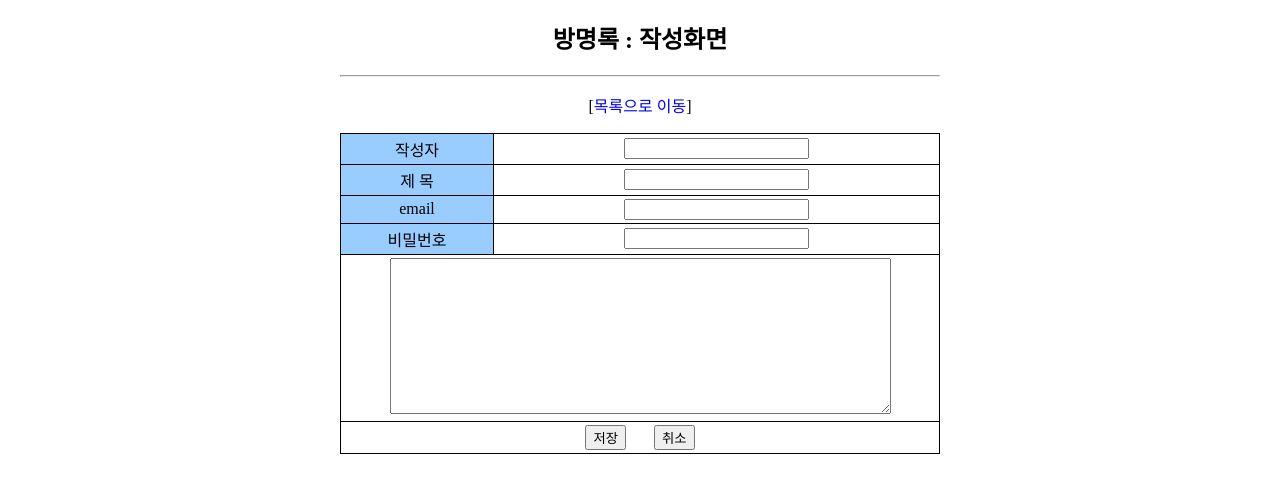
Repository: hagjun/jspstudy
Page: http://localhost/01_servlet/guestbook/account.jsp
An editor plug-in stored every save of this project. The page is shown before and after the next save, followed by the edit.
The browser window is 1280 px wide. The pictures show the whole page.
The page is served by Tomcat 9. Other server files are loaded and not shown.

Above is the page before, as saved 2024-03-08 03:45:09.

### 01_servlet/src/main/webapp/guestbook/account.jsp
<%@ page language="java" contentType="text/html; charset=UTF-8"
    pageEncoding="UTF-8"%>
<!DOCTYPE html>
<html>
<head>
<meta charset="UTF-8">
<title> 방 명 록 </title>
<script type="text/javascript">
	function save_go(f) {
		// 검사
		f.action = "/01_servlet/Guest";
		f.submit();
	}
</script>
<style type="text/css">
	a { text-decoration: none;}
	table{width: 600px; border-collapse:collapse; text-align: center;}
	table,th,td{border: 1px solid black; padding: 3px}
	div{width: 600px; margin:auto; text-align: center;}
</style>


</head>
<body>
	<div>
		<h2>방명록 : 작성화면</h2>
		<hr />
		<p>[<a href="/01_servlet/Guest?cmd=list">목록으로 이동</a>]</p>
		<form method="post">
			<table>
				<tr align="center">
					<td bgcolor="#99ccff">작성자</td>
					<td><input type="text" name="name" size ="20"/></td>
				</tr>
				<tr align="center">
					<td bgcolor="#99ccff">제  목</td>
					<td><input type="text" name="subject" size ="20"/></td>
				</tr>
				<tr align="center">
					<td bgcolor="#99ccff">email</td>
					<td><input type="text" name="email" size ="20"/></td>
				</tr>
				<tr align="center">
					<td bgcolor="#99ccff">비밀번호</td>
					<td><input type="password" name="pwd" size ="20"/></td>
				</tr>
				<tr align="center">
					<td colspan="2">
						<textarea rows="10" cols="60" name="content"></textarea>
					</td>
				</tr>
				<tfoot>
					<tr align="center">
						<td colspan="2">
							<input type="hidden" name="cmd" value="write_ok">
							<input type="button" value="저장"   onclick="save_go(this.form)" />
							&nbsp;&nbsp;&nbsp;&nbsp;&nbsp;
							<input type="reset" value="취소" />
						</td>
					</tr>
				</tfoot>
			</table>
		</form>
	</div>
</body>
</html>

After the next save:
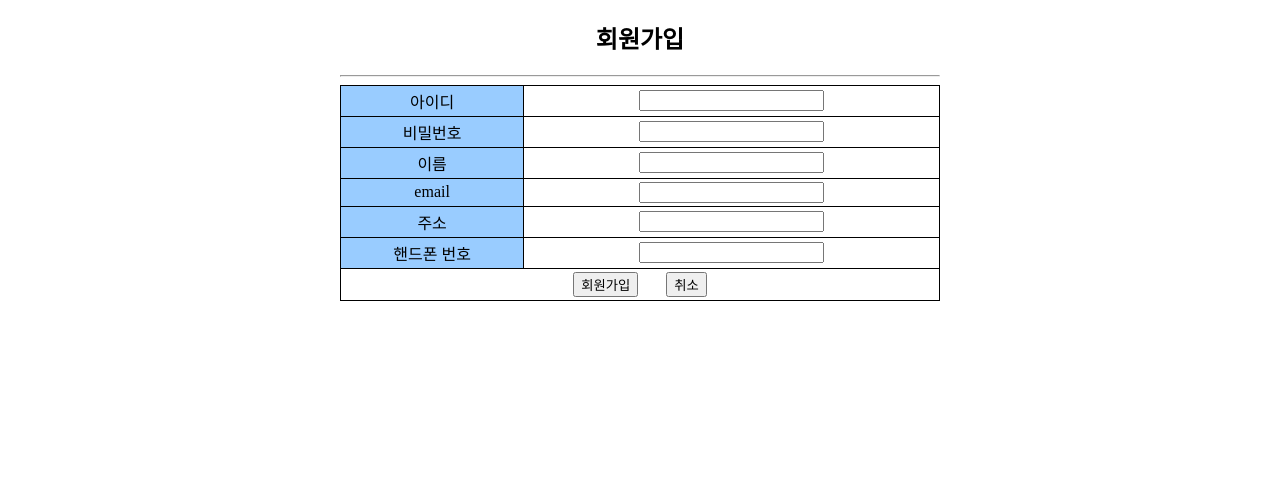
Saved 3 min 9 s later.
--- a/01_servlet/src/main/webapp/guestbook/account.jsp
+++ b/01_servlet/src/main/webapp/guestbook/account.jsp
@@ -6,9 +6,9 @@
 <meta charset="UTF-8">
 <title> 방 명 록 </title>
 <script type="text/javascript">
-	function save_go(f) {
+	function account_go(f) {
 		// 검사
-		f.action = "/01_servlet/Guest";
+		f.action = "/01_servlet/Member";
 		f.submit();
 	}
 </script>
@@ -23,17 +23,20 @@
 </head>
 <body>
 	<div>
-		<h2>방명록 : 작성화면</h2>
+		<h2>회원가입</h2>
 		<hr />
-		<p>[<a href="/01_servlet/Guest?cmd=list">목록으로 이동</a>]</p>
 		<form method="post">
 			<table>
 				<tr align="center">
-					<td bgcolor="#99ccff">작성자</td>
+					<td bgcolor="#99ccff">아이디</td>
 					<td><input type="text" name="name" size ="20"/></td>
 				</tr>
 				<tr align="center">
-					<td bgcolor="#99ccff">제  목</td>
+					<td bgcolor="#99ccff">비밀번호</td>
+					<td><input type="password" name="pwd" size ="20"/></td>
+				</tr>
+				<tr align="center">
+					<td bgcolor="#99ccff">이름</td>
 					<td><input type="text" name="subject" size ="20"/></td>
 				</tr>
 				<tr align="center">
@@ -41,19 +44,18 @@
 					<td><input type="text" name="email" size ="20"/></td>
 				</tr>
 				<tr align="center">
-					<td bgcolor="#99ccff">비밀번호</td>
-					<td><input type="password" name="pwd" size ="20"/></td>
+					<td bgcolor="#99ccff">주소</td>
+					<td><input type="text" name="email" size ="20"/></td>
 				</tr>
 				<tr align="center">
-					<td colspan="2">
-						<textarea rows="10" cols="60" name="content"></textarea>
-					</td>
+					<td bgcolor="#99ccff">핸드폰 번호</td>
+					<td><input type="text" name="email" size ="20"/></td>
 				</tr>
 				<tfoot>
 					<tr align="center">
 						<td colspan="2">
-							<input type="hidden" name="cmd" value="write_ok">
-							<input type="button" value="저장"   onclick="save_go(this.form)" />
+							<input type="hidden" name="cmd" value="account_ok">
+							<input type="button" value="회원가입"   onclick="account_go(this.form)" />
 							&nbsp;&nbsp;&nbsp;&nbsp;&nbsp;
 							<input type="reset" value="취소" />
 						</td>
